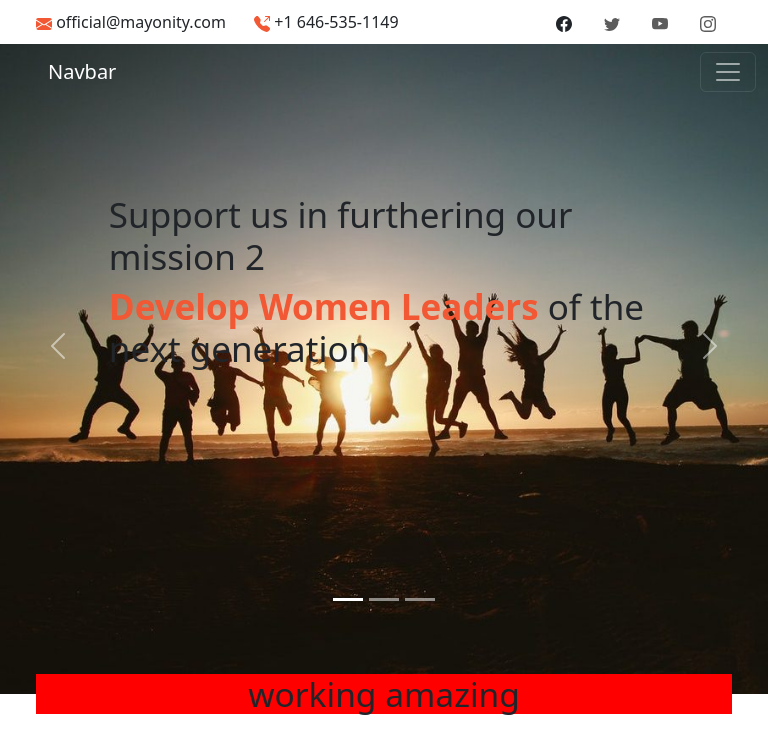
Repository: rizwan-zafar/wings
Page: /
An editor plug-in stored every save of this project. The page is shown before and after the next save, followed by the edit.
The browser window is 768 px wide. The pictures show the whole page.
The project was rebuilt for these pictures with package versions that can differ from the ones it lists, and the page was loaded fresh each time.

Above is the page before, as saved 2022-11-27 17:06:23.

After the next save:
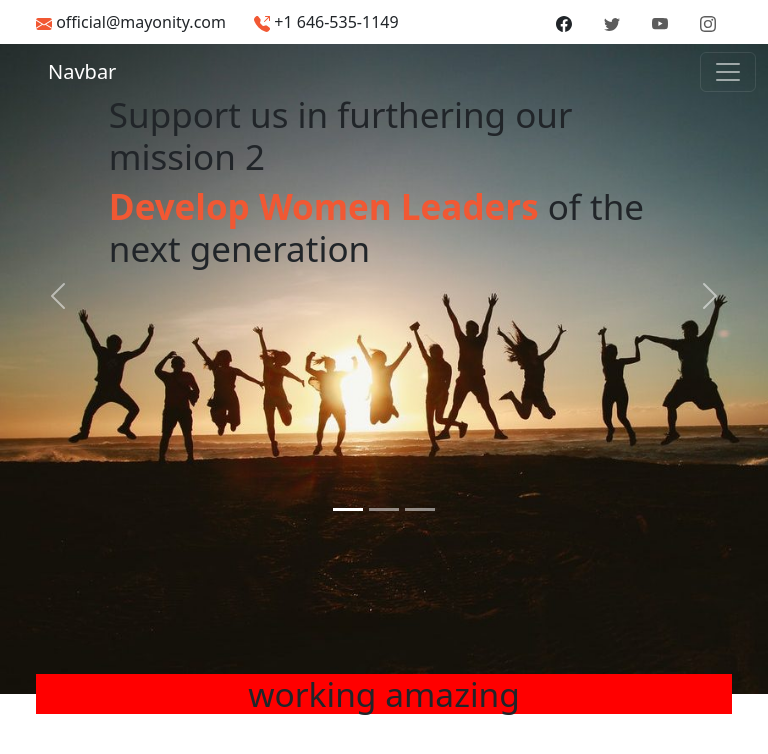
Saved 7 s later.
--- a/src/Css/Slider.css
+++ b/src/Css/Slider.css
@@ -52,7 +52,7 @@
     }
     .set-slider .carousel-inner .carousel-item>div {
         padding: 20px;
-        padding-top: 150px;
+        padding-top: 50px;
     }
 }
 

After the save that followed:
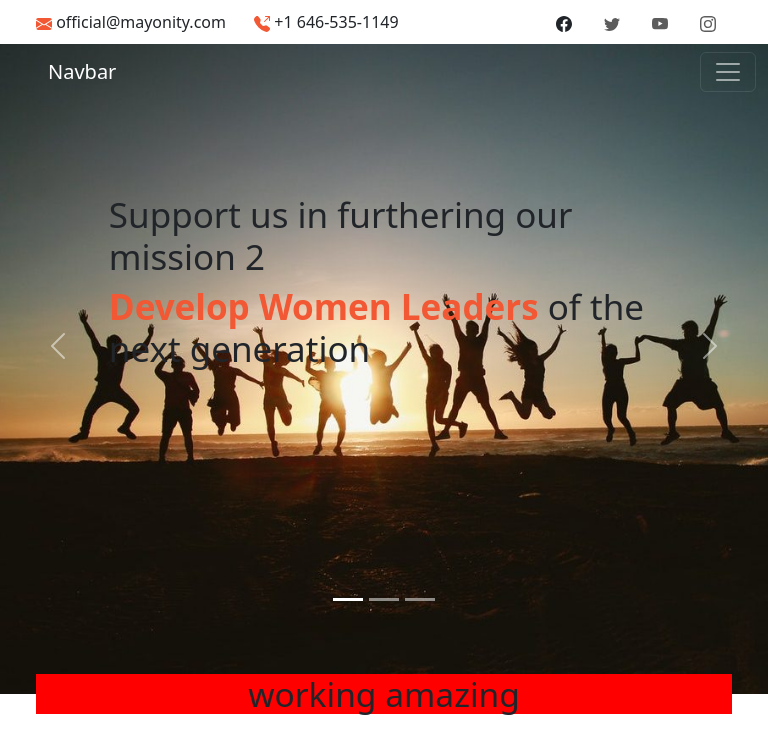
Saved 9 s later.
--- a/src/Css/Slider.css
+++ b/src/Css/Slider.css
@@ -52,7 +52,7 @@
     }
     .set-slider .carousel-inner .carousel-item>div {
         padding: 20px;
-        padding-top: 50px;
+        padding-top: 150px;
     }
 }
 
